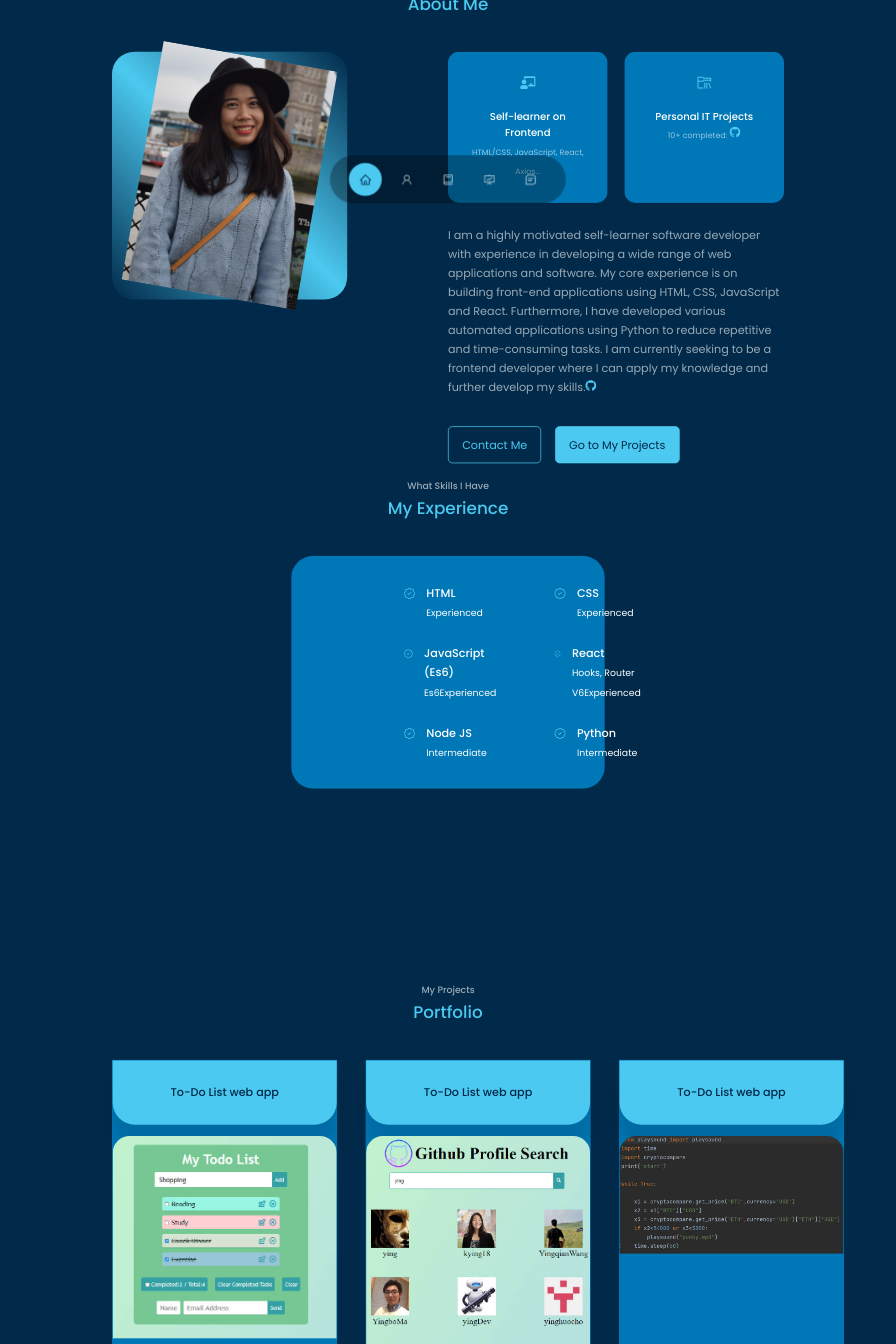
Repository: yingluo1020/react-portfolio-website
Page: /
An editor plug-in stored every save of this project. The page is shown before and after the next save, followed by the edit.
The browser window is 1280 px wide. The pictures show the part of the page from y = 397 to 2317 px (the page is 3663 px tall), at 70% of full size.
The project was rebuilt for these pictures with package versions that can differ from the ones it lists, and the page was loaded fresh each time. Imported but missing from the stored project, and not drawn on this page: src/assets/cv1.pdf.

Above is the page before, as saved 2022-03-16 09:51:01.

### src/index.css
@import url('https://fonts.googleapis.com/css2?family=Poppins:wght@300;400;500;600&display=swap');

* {
 margin: 0;
 padding: 0;
 border: 0;
 outline: 0;
 box-sizing: border-box;
 list-style: none;
 text-decoration: none;
}

:root {
    --color-bg:#012a4a;
    --color-bg-variant:#0077b6;
    --color-primary:#4cc9f0;
    --color-primary-variant:rgba(77,181,255,0.4);
    --color-white:#fff;
    --color-light:rgba(255,255,255,0.6);

    --transition:all 400ms ease;

    --container-width-lg:75%;
    --container-width-md:86%;
    --container-width-sm:90%;
}

html {
    scroll-behavior:smooth;
}

::-webkit-scrollbar {
    display: none;
}

body {
    font-family: 'Poppins', sans-serif;
    background: var(--color-bg);
    color:var(--color-white);
    line-height:1.7;
}

/* general styles */
.container {
    width:var(--container-width-lg);
    margin: 0 auto;
}

h1,
h2,
h3,
h4,
h5 {
    font-weight: 500;
}

h1 {
    font-size: 2.5rem;
}

section {
    /* margin-top: 10rem; */
    height: 100vh;
}

section > h2, section > h5 {
    text-align: center;
    color: var(--color-light);
}

section > h2 {
    color: var(--color-primary);
    margin-bottom: 3rem;
}

.text-light {
    color: var(--color-light);
}

a {
    color: var(--color-primary);
    transition: var(--transition);
}

a:hover {
    color: var(--color-white);
}

.btn {
    width: max-content;
    display: inline-block;
    color: var(--color-primary);
    padding: 0.75rem 1.2rem;
    border-radius:0.4rem;
    cursor: pointer;
    border: 1px solid var(--color-primary);
    transition: var(--transition);
}

.btn:hover{
    background: var(--color-white);
    color: var(--color-bg);
    border-color: transparent;
}

.btn-primary {
    background: var(--color-primary);
    color: var(--color-bg);
}

img{
    display: block;
    width: 100%;
    object-fit: cover;
}

/* media queries(medium devices)*/
@media screen and (max-width:1024px) {
    .container {
        width: var(--container-width-sm);
    }

    section> h2 {
        margin-bottom: 2rem;
    }
}

### src/components/header/Header.js
import React from 'react'
import avatar from '../../assets/avatar.JPG'
import './header.css';
import CV from '../../assets/cv1.pdf'


function Header() {
    return (
        <header>
            <div className="container header_container">
                <h5>Hello, I'm</h5>
                <h1>Ying Luo</h1>
                <h5 className="text-light">Front-end Developer</h5>

                <div className='cta'>
                    <a href={CV} download className='btn'>Download My CV</a>
                    <a href="#contact" className='btn btn-primary'>Contact me</a>
                </div>
            </div>
        </header>
    )
}

export default Header

### src/components/nav/Nav.js
import React, { useState } from 'react'
import './nav.css'
import { AiOutlineHome, } from 'react-icons/ai'
import { AiOutlineUser } from 'react-icons/ai'
import { BiBook } from 'react-icons/bi'
import { AiOutlineFundProjectionScreen } from 'react-icons/ai'
import { BiMessageSquareDetail } from 'react-icons/bi'


function Nav() {
    const [activeNav, setActiveNav] = useState('#')
    return (
        <nav>
            <a href="#" onClick={() => setActiveNav('#')} className={activeNav === '#' ? 'active' : ''}><AiOutlineHome /></a>
            <a href="#about" onClick={() => setActiveNav('#about')} className={activeNav === '#about' ? 'active' : ''}><AiOutlineUser /></a>
            <a href="#experience" onClick={() => setActiveNav('#experience')} className={activeNav === '#experience' ? 'active' : ''}><BiBook /></a>
            <a href="#portfolio" onClick={() => setActiveNav('#services')} className={activeNav === '#services' ? 'active' : ''}><AiOutlineFundProjectionScreen /></a>
            <a href="#contact" onClick={() => setActiveNav('#contact')} className={activeNav === '#contact' ? 'active' : ''}><BiMessageSquareDetail /></a>
        </nav>
    )
}

export default Nav

### src/components/about/About.js
import React from 'react'
import avatar from '../../assets/avatar.JPG'
import { FaChalkboardTeacher } from 'react-icons/fa'
import { VscFolderLibrary } from 'react-icons/vsc'
import { FaGithub } from 'react-icons/fa';
import './about.css';

function About() {
    return (
        <section id='about'>
            <h5>My Intro</h5>
            <h2>About Me</h2>

            <div className="container about_container">
                <div className="about_me">
                    <div className="about_image">
                        <img src={avatar} alt="About Image" />
                    </div>
                </div>

                <div className="about_content">
                    <div className="about_cards">
                        <article className="about_card">
                            <FaChalkboardTeacher className='about_icon' />
                            <h5> Self-learner on Frontend </h5>
                            <small>HTML/CSS, JavaScript, React, Axios...</small>
                        </article>

                        <article className="about_card">
                            <VscFolderLibrary className='about_icon' />
                            <h5>Personal IT Projects </h5>
                            <small>10+ completed:  </small>
                            <a href="https://github.com/yingluo1020" target="_blank"><FaGithub /></a>
                        </article>

                    </div>

                    <p>I am a highly motivated self-learner software developer with experience in developing a wide range of web applications and software. My core experience is on building front-end applications using HTML, CSS, JavaScript and React. Furthermore, I have developed various automated applications using Python to reduce repetitive and time-consuming tasks. I am currently seeking to be a frontend developer where I can apply my knowledge and further develop my skills.
                        <a href="https://github.com/yingluo1020" target="_blank"><FaGithub /></a>
                    </p>
                    <div className="about_btn">
                        <a href="#contact" className="btn btn">Contact Me</a>
                        <a href="#" target="_blank" className="btn btn-primary">Go to My Projects</a>
                    </div>

                </div>
            </div>
        </section>
    )
}

export default About

### src/components/experience/Experience.js
import React from 'react'
import './experience.css';
import { BsPatchCheck } from 'react-icons/bs'


function Experience() {
    return (
        <section id='experience'>
            <h5>What Skills I Have</h5>
            <h2>My Experience</h2>

            <div className="container experience_container">
                <div className="experience_content">
                    <article className='experience_details'>
                        <BsPatchCheck className='experience_details-icon' />
                        <div>
                            <h4>HTML</h4>
                            <small className='text_light'>Experienced</small>
                        </div>
                    </article>
                    <article className='experience_details'>
                        <BsPatchCheck className='experience_details-icon' />
                        <div>
                            <h4>CSS</h4>
                            <small className='text_light'>Experienced</small>
                        </div>
                    </article>
                    <article className='experience_details'>
                        <BsPatchCheck className='experience_details-icon' />
                        <div>
                            <h4>JavaScript (Es6)</h4>
                            <small className='text_light'>Es6</small>
                            <small className='text_light'>Experienced</small>
                        </div>
                    </article>
                    <article className='experience_details'>
                        <BsPatchCheck className='experience_details-icon' />
                        <div>
                            <h4>React </h4>
                            <small className='text_light'>Hooks, Router V6</small>
                            <small className='text_light'>Experienced</small>
                        </div>
                    </article>
                    <article className='experience_details'>
                        <BsPatchCheck className='experience_details-icon' />
                        <div>
                            <h4>Node JS</h4>
                            <small className='text_light'>Intermediate</small>
                        </div>
                    </article>
                    <article className='experience_details'>
                        <BsPatchCheck className='experience_details-icon' />
                        <div>
                            <h4>Python</h4>
                            <small className='text_light'>Intermediate</small>
                        </div>
                    </article>
                </div>
            </div>
        </section>
    )
}

export default Experience

### src/components/portfolio/Portfolio.js
import React from 'react'
import './portfolio.css';
import project1 from '../../assets/todo1.jpg'
import project2 from '../../assets/search.jpg'
import project3 from '../../assets/btc_alert.jpg'



function Portfolio() {
    return (
        <section id='portfolio'>
            <h5>My Projects</h5>
            <h2>Portfolio</h2>
            <div className="container portfolio_container ">
                <article className='portfolio'>
                    <div className="portfolio_head">
                        <h3 >To-Do List web app</h3>
                    </div>


                    <div className="portfolio_item-image">
                        <img src={project1} alt="project1" />
                    </div>

                    <div className="portfolio_link">
                        <a href="https://github.com" target='_blank' className='btn btn-primary'>Github</a>
                    </div>
                </article>

                <article className='portfolio'>
                    <div className="portfolio_head">
                        <h3 >To-Do List web app</h3>
                    </div>

                    <div className="portfolio_body">
                        <div className="portfolio_item-image">
                            <img src={project2} alt="project1" />
                        </div>
                    </div>
                    <div className="portfolio_link">
                        <a href="https://github.com" target='_blank' className='btn btn-primary'>Github</a>
                    </div>
                </article>

                <article className='portfolio'>
                    <div className="portfolio_head">
                        <h3 >To-Do List web app</h3>
                    </div>

                    <div className="portfolio_body">
                        <div className="portfolio_item-image">
                            <img src={project3} alt="project1" />
                        </div>
                    </div>
                    <div className="portfolio_link">
                        <a href="https://github.com" target='_blank' className='btn btn-primary'>Github</a>
                    </div>
                </article>

            </div>
        </section>
    )
}

export default Portfolio

### src/components/contact/Contact.js
import React, { useRef } from 'react'
import './contact.css'
import { MdOutlineEmail } from 'react-icons/md'
import { RiMessengerLine } from 'react-icons/ri'
import { BsWhatsapp } from 'react-icons/bs'
import emailjs from '@emailjs/browser';


function Contact() {
    const form = useRef();

    const sendEmail = (e) => {
        e.preventDefault();

        emailjs.sendForm('service_s6sapzl', 'template_utnko3u', form.current, 'user_Ak4JS85QR5w9GZLqKm3hY')

        alert(`I'll will reply you ASAP :)`)
        e.target.reset()
    };

    return (
        <section id="contact">
            <h5>Get In Touch</h5>
            <h2>Contact Me</h2>

            <div className="container contact_container">
                <div className="contact_options">
                    <article className='contact_option'>
                        <MdOutlineEmail className='contact_option-icon' />
                        <h4>Email</h4>
                        <h5>yingluo1020@gmail.com</h5>
                        <a href="mailto:yingluo1020@gmail.com" target='_blank'>Send a message</a>
                    </article>

                    <article className='contact_option'>
                        <RiMessengerLine className='contact_option-icon' />
                        <h4>Messenger</h4>
                        <h5>Ying Luo</h5>
                        <a href="https://m.me/yng.luo" target='_blank'>Send a message</a>
                    </article>

                    <article className='contact_option'>
                        <BsWhatsapp className='contact_option-icon' />
                        <h4>WhatsApp</h4>
                        <h5>+44 7407171383</h5>
                        <a href="https://api.whatsapp.com/send?phone+447407171383" target='_blank'>Send a message</a>
                    </article>
                </div>
                {/* End of contact options */}
                <form action="" ref={form} onSubmit={sendEmail}>
                    <input type="text" name='name' placeholder='Your Name' required />
                    <input type="email" name='email' placeholder='Your Email' required />
                    <textarea type="text" name='name' placeholder='Your Message' required ></textarea>
                    <button type="submit" className="btn btn-primary">Send a message</button>
                </form>

            </div>
        </section>

    )
}

export default Contact

### src/components/footer/Footer.js
import React from 'react'
import './footer.css'
import { BsLinkedin } from 'react-icons/bs';
import { FaGithub } from 'react-icons/fa';
import { FiDribbble } from 'react-icons/fi';


function Footer() {
    return (
        <footer>
            <a href="https://github.com/yingluo1020" target="_blank" className='footer_logo'><FaGithub /> Ying Luo</a>
            <ul className='permalinks'>
                <li><a href="#">Home</a></li>
                <li><a href="#about">About</a></li>
                <li><a href="#experience">Experience</a></li>
                <li><a href="#portfolio">Portfolio</a></li>
                <li><a href="#contact">Contact</a></li>
            </ul>

            <div className="footer_copyright">
                <small>&copy; All rights reserved by Ying Luo.</small>
            </div>
        </footer>
    )
}

export default Footer

### src/components/header/header.css
header {
    height: 50vh;
    padding-top: 5rem;
    overflow: hidden;
}

.header_container {
    text-align: center;
    height: 100%;
    position: relative;
}

.cta {
    margin: 2.5rem auto;
    display: flex;
    gap:1.2rem;
    justify-content: center;
}

.avatar {
    background: linear-gradient(var(--color-primary),transparent) ;
    width: 22rem;
    height: 30rem;
    position: absolute;
    left: calc(50% - 11rem);
    border-radius: 12rem 12rem 0 0 ;
    overflow: hidden;
    padding: 5rem 1.5rem 1.5rem 1.5rem;
}

### src/components/nav/nav.css
nav {
    background: rgba(0, 0, 0, 0.3);
    width: max-content;
    display: block;
    padding:0.7rem 1.7rem;
    z-index: 2;
    position: fixed;
    left: 50%;
    transform: translateX(-50%);
    bottom: 2rem;
    display: flex;
    gap: 0.8rem;
    border-radius: 3rem;
    /* backdrop-filter: blur(15px); */
}

nav a {
    background: transparent;
    padding: 0.9rem;
    border-radius:50% ;
    display: flex;
    color: var(--color-light);
    font-size: 1.1rem;
}

nav a:hover{
    background: rgba(0, 0, 0, 0.3);
}

nav a.active {
    background: var(--color-primary);
    color: var(--color-bg);
}

### src/components/about/about.css
.about_container {
    display: grid;
    grid-template-columns: 35% 50%;
    gap: 15%;
}

.about_me{
    width: 100%;
    aspect-ratio: 0.95/1;
    border-radius: 2rem;
    background: linear-gradient(45deg,transparent,var( --color-primary),transparent);
    display: grid;
    place-items: center;
}

.about_image {
    border-radius: 2rem;
    overflow: hidden;
    transform: rotate(10deg);
    transition: var(--transition);
}

.about_image:hover{
    transform: rotate(0);
}

.about_image img {
    width: 75%;
    margin: 0 auto;
}
.about_cards {
    display: grid;
    grid-template-columns: repeat(2,1fr);
    gap: 1.5rem;
}

.about_card {
    background: var(--color-bg-variant);
    border:1px solid transparent ;
    border-radius: 1rem;
    padding: 2rem;
    text-align: center;
    transition: var(--transition);
}

.about_card:hover {
    background:transparent;
    border-color:var(--color-primary-variant) ;
    cursor: default;
}

.about_icon {
    color: var(--color-primary);
    font-size: 1.4rem;
    margin-bottom: 1rem;
}

.about_card h5 {
    font-size: 0.9rem;
}

.about_card small {
    font-size: 0.7rem;
    color: var(--color-light);
}

.about_content p {
    margin: 2rem 0 2.6rem;
    color: var(--color-light);
}

.about_content .about_btn {
    display: flex;
    gap:1.2rem;
}

/* media queries(medium devices)*/
@media screen and (max-width:1024px) {
    .about_container {
        grid-template-columns: 1fr ;
        gap:0;
    }

    .about_me{
        width: 50%;
        margin: 2rem auto 4rem;
    }

    .about_content p {
        margin: 1rem 0 1.5rem;
    }
}

/* media queries(small devices)*/
@media screen and (max-width:600px) {
    .about_me{
        width: 65%;
        margin: 0 auto 3rem;
    }

    .about_cards {
        grid-template-columns: 1fr 1fr;
        gap: 1rem;
    }

    .about_content {
        text-align: center;
    }

    .about_content p {
        margin: 1.5rem 0;
    }
}

### src/components/experience/experience.css
.experience_container{
    width: 35%;
    min-height: 50vh;
}

.experience_container >div {
    background: var(--color-bg-variant);
    padding: 2.4rem 10rem;
    border-radius: 2rem;
    border: 1px solid transparent;
    transition: var(--transition);
}

.experience_container >div:hover{
    background: transparent;
    border-color: var(--color-primary-variant);
    cursor: default;
}

.experience_content {
    display: grid;
    grid-template-columns: 1fr 1fr;
    gap: 5rem;
    row-gap: 2rem;
}

.experience_details {
    display: flex;
    gap: 1rem;
}

.experience_details-icon{
    margin-top: 6px;
    color: var(--color-primary);
}

/* media queries(medium devices)*/
@media screen and (max-width:1024px) {
    .experience_container{
        grid-template-columns: 1fr;
    }

    .experience_container >div {
        width: 80%;
        padding: 2rem;
        margin: 0 auto;
    }

    .experience_content {
        padding: 1rem;
    }
}

/* media queries(small devices)*/
@media screen and (max-width:600px) {
    .experience_container{
        gap: 1rem;
    }

    .experience_container >div {
        width: 100%;
        padding: 2rem 1rem;
    }
}

### src/components/portfolio/portfolio.css
.portfolio_container{
    display: grid;
    grid-template-columns: repeat(3,1fr);
    gap: 2.5rem;
}

.portfolio {
    background: var(--color-bg-variant);
    border-radius:0 0 2rem 2rem;
    border: 1px solid transparent;
    /* height: fit-content; */
    transition: var(--transition);
}

.portfolio:hover {
    background: transparent;
    border-color: var(--color-primary-variant);
    transition: var(--transition);
}

.portfolio_head{
    background: var(--color-primary);
    border-radius:0 0 2rem 2rem;
    padding: 2rem;
    box-shadow: 0 2rem 1rem rgba(0,0,0,0.1);
}

.portfolio_head h3 {
    text-align: center;
    font-size: 1rem;
    color: var(--color-bg);
}

.portfolio_item-image {
    width: 20rem;
    height: 20rem;
    /* aspect-ratio: 1/1;   */
    border-radius: 1.5rem;
    overflow: hidden;
    margin: 1rem auto;
}

.portfolio_link {
    display: flex;
    justify-content: center;
    margin: 1rem 0;
}


/* media queries(medium devices)*/
@media screen and (max-width:1024px) {
    .portfolio_container{
        grid-template-columns: 1fr 1fr;
        gap: 1.2rem;
    }
}

/* media queries(small devices)*/
@media screen and (max-width:600px) {
    .portfolio_container {
        grid-template-columns: 1fr;
        gap: 1rem;
    }
}

### src/components/contact/contact.css
.contact_container {
    width: 58%;
    display: grid;
    grid-template-columns: 30% 58%;
    gap: 12%;
}

.contact_options {
    display: flex;
    flex-direction: column;
    gap: 1.2rem;
}

.contact_option{
    background: var(--color-bg-variant);
    padding: 1.2rem ;
    border-radius:1.2rem;
    border: 1px solid transparent;
    text-align: center;
    transition: var(--transition);
}

.contact_option:hover{
    background: transparent;
    border-color: var(--color-primary-variant);
}

.contact_option-icon{
    font-size: 1.5rem;
    margin-bottom: 0.5rem;
}

.contact_option a {
    margin-top: 0.7rem;
    display: inline-block;
    font-size: 0.8rem;
}

/* form */
form {
    display: flex;
    flex-direction: column;
    gap: 1.2rem;
}

input, textarea{
    width: 100%;
    padding: 1.5rem ;
    border-radius:0.5rem;
    border: 2px solid var(--color-primary-variant);
    background: transparent;
    resize: none; /* 元素不能被用户缩放。 */
    color: var(--color-white);
}

/* media queries(medium devices)*/
@media screen and (max-width:1024px) {
    .contact_container {
        grid-template-columns: 1fr;
        gap: 2rem;
    }

}

/* media queries(small devices)*/
@media screen and (max-width:600px) {
    .contact_container{
        width: var(--container-width-sm);
    }
}

### src/components/footer/footer.css
footer {
    background: var(--color-primary);
    padding: 2rem 0;
    text-align: center;
    font-size: 0.9rem;
    margin-top: 7rem;
}

footer a {
    color: var(--color-bg);
}

.footer_logo{
    font-size: 2rem;
    font-weight: 500;
    margin-bottom: 2rem;
    display: inline-block;
}

.permalinks{
    display: flex;
    flex-wrap: wrap;
    justify-content: center;
    gap: 2rem;
    margin: 0 auto 3rem;
}

.footer_socials{
    display: flex;
    justify-content: center;
    gap: 1rem;
    margin-bottom: 4rem;
}

.footer_socials a {
    display: flex;
    background: var(--color-bg);
    color: var(--color-white);
    padding: 0.8rem;
    border-radius: 0.7rem;
    border: 1px solid transparent;
    transition: var(--transition);
}

.footer_socials a:hover{
    background: transparent;
    color: var(--color-bg);
    border-color: var(--color-bg);
}

.footer_copyright {
    margin-bottom: 4rem;
    color: var(--color-bg);
}

/* media queries(small devices)*/
@media screen and (max-width:600px) {
    .permalinks{
        flex-direction: column;
        gap: 1.5rem;
    }

    .footer_socials{
        margin-bottom: 2.6rem;
    }
}

Loaded but not shown: public/index.html (common file); src/index.js (common file); src/App.js (common file)

After the next save:
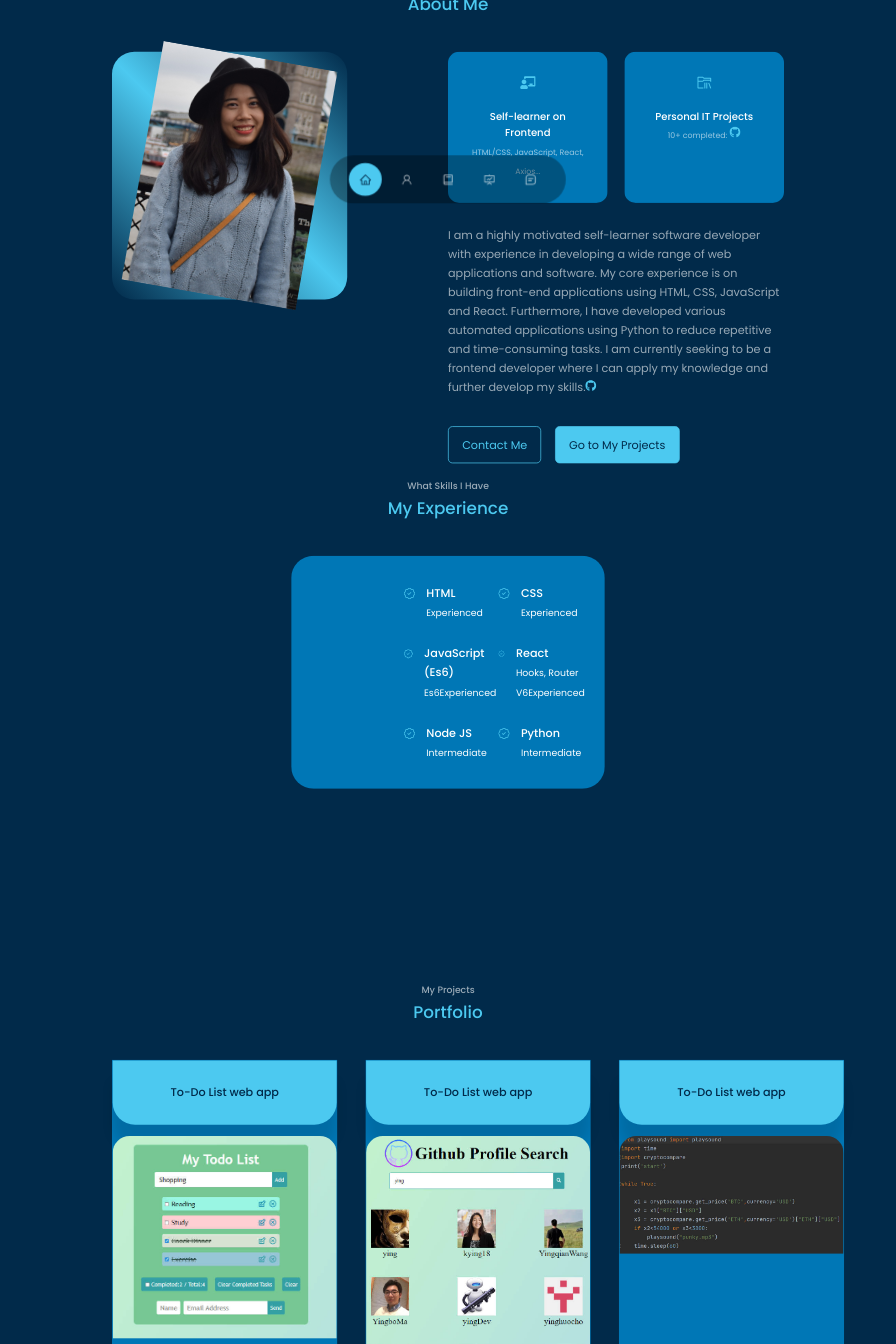
Saved 111 s later.
--- a/src/components/experience/experience.css
+++ b/src/components/experience/experience.css
@@ -20,7 +20,7 @@
 .experience_content {
     display: grid;
     grid-template-columns: 1fr 1fr;
-    gap: 5rem;
+    /* gap: 5rem; */
     row-gap: 2rem;
 }
 
